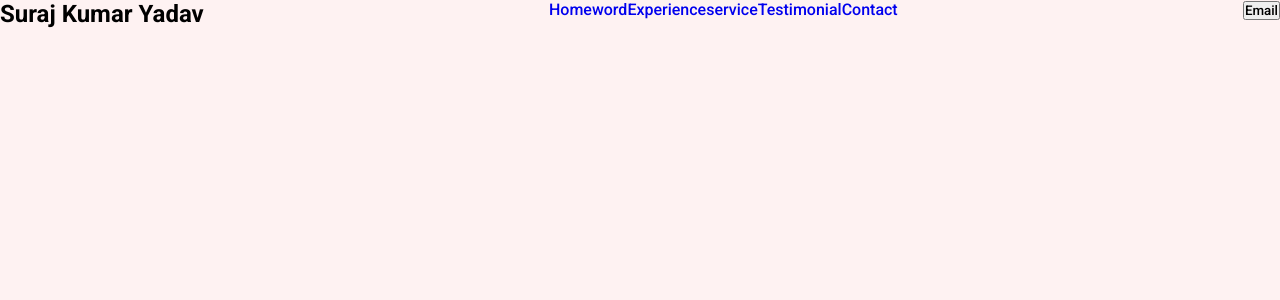
Repository: suraj-yadav7/portfolio-reactjs
Page: /
These files come from the project's save history. The page is drawn as it stood at one moment and after the next save; the edit follows.
The browser window is 1280 px wide. The pictures show the whole page.
The project was rebuilt for these pictures with package versions that can differ from the ones it lists, and the page was loaded fresh each time.

Above is the page before, as saved 2023-04-01 22:41:55.

### src/index.js
import React from 'react';
import ReactDOM from 'react-dom/client';
import App from './App';
import './styles/app.scss'

const root = ReactDOM.createRoot(document.getElementById('root'));
root.render(
  <React.StrictMode>
    <App />
  </React.StrictMode>
);

### src/App.js
import Header from "./components/Header";


function App() {
  return (
    <>
      <Header/>

    </>
  );
}

export default App;

### src/styles/app.scss
@import url('https://fonts.googleapis.com/css2?family=Open+Sans:wght@300;400;500&family=Roboto:ital,wght@0,300;0,500;0,700;1,700&display=swap');

@import "statics";
@import "header";  //the statice values are available to header bcz statics is "import" above ii

*{
    margin:0;
    padding:0;
    box-sizing: border-box;
    font-family: $text1;
    scroll-behavior: smooth;
}
a{
    text-decoration: none;
}

body{
    background-color: $color1;
    overflow-x: hidden;
}

.disableBtn {
    background-color: rgb(237,237,237);
    cursor: not-allowed;
}

### src/components/Header.jsx
import React from "react"

const Header = ()=>{
    return(
        <nav>
            <NavContent/>
        </nav>
    )
};

const NavContent = () =>{
    return(

        <>
        <h2>Suraj Kumar Yadav</h2>
        <div>
            <a href="#home">Home</a>
            <a href="#word">word</a>
            <a href="#timeline">Experience</a>
            <a href="#service">service</a>
            <a href="#testimonial">Testimonial</a>
            <a href="#Contact">Contact</a>
        </div>
        <a href="mailto: official.surajkumar@gmail.com">
            <button>Email</button>
        </a>
        </>
        )

}


export default Header;

### src/styles/statics.scss
$text1:"Roboto", sans-serif;
$text2:"Open sans", sans-serif;

$color1: #fef2f2;
$color2: #286f6c;
$color2_1: #174340;
$color3: #f26440;
$color3_light: rgb(249 141 141);
$color4: #fff;
$color5: #292b46;
$color6: #161616;
$color6_1: #16161698;
$color6_2: #16161622;


$p: 13.33vmax;
$p_md: 7vmax;
$p_base: 5vmax;
$p_base_INVERSE: 10vmax 15vmax;
$p_sm: 2vmax;
$p_sm_inverse: 13vmax 0;
$p_zero: 0;

### src/styles/header.scss


nav{
    width:100%;
    height:100px;
    background-color: $color1;
    display: flex;
    justify-content: space-between;
}

Loaded but not shown: public/index.html (common file)

After the next save:
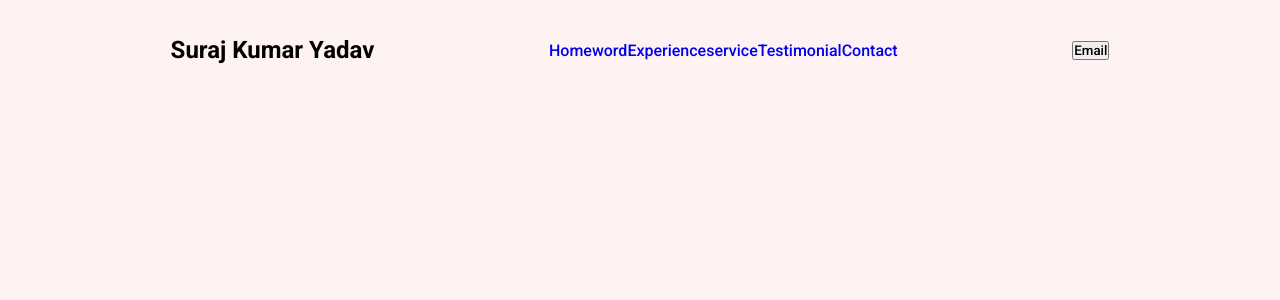
Saved 14 min 28 s later.
--- a/src/styles/header.scss
+++ b/src/styles/header.scss
@@ -5,5 +5,8 @@
     height:100px;
     background-color: $color1;
     display: flex;
+    align-items: center;
     justify-content: space-between;
+    padding: 0 $p;
+    position: sticky;
 }
